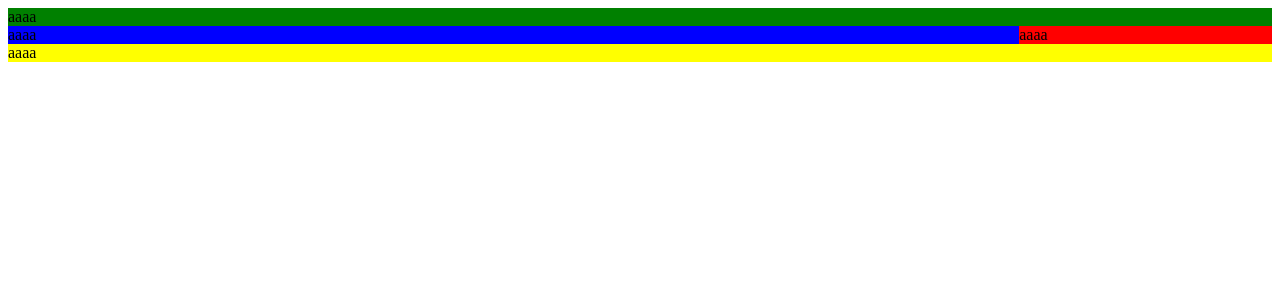
Repository: pleanoma/TooDoo
Page: http://localhost/TooDoo/Home.jsp
These files come from the project's save history. The page is drawn as it stood at one moment and after a run of saves; the edit follows.
The browser window is 1280 px wide. The pictures show the whole page.
The page is served by Tomcat 9. Other server files are loaded and not shown.

Above is the page before, as saved 2013-11-27 07:46:41.

### TooDoo/WebContent/Home.jsp
<%@ page language="java" contentType="text/html; charset=ISO-8859-1"
    pageEncoding="ISO-8859-1"%>
<!DOCTYPE html PUBLIC "-//W3C//DTD HTML 4.01 Transitional//EN" "http://www.w3.org/TR/html4/loose.dtd">
<html>
<head>
<meta http-equiv="Content-Type" content="text/html; charset=ISO-8859-1">
<title>Insert title here</title>
<link rel="stylesheet" href="./css/style.css" type="text/css">
</head>
<body>
	<div id="header">
		aaaa
	</div>
	<div id="content">
		<div class="article">

		aaaa
		</div>
		<div class="sidebar">

		aaaa
		</div>
	</div>
	<div id="footer">

		aaaa
	</div>
</body>
</html>

### TooDoo/WebContent/css/style.css
html, body {
}
#main {
	margin: 0 auto;
	padding: 0;
}
#header {
	width: 100%;
	height: 100%;
	background: green;
}
#content .article {
	float: right;
	width: 20%;
	height: 100%;
	background: red;
}
#content .sidebar {
	float: left;
	width: 80%;
	height: 100%;
	background: blue;
}
#footer {
	width: 100%;
	height: 100%;
	background: yellow;
}

After the next 2 saves:
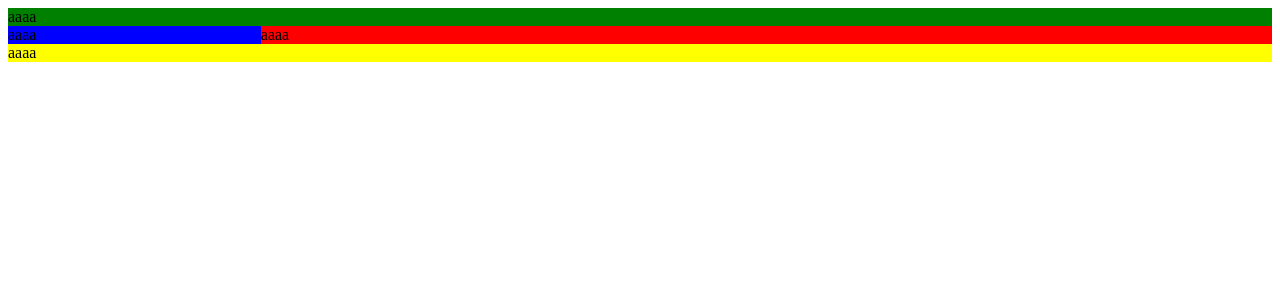
The 2 saves are shown as one change because they came seconds apart.
The last was saved 9 s later.
--- a/TooDoo/WebContent/css/style.css
+++ b/TooDoo/WebContent/css/style.css
@@ -11,13 +11,13 @@ html, body {
 }
 #content .article {
 	float: right;
-	width: 20%;
+	width: 80%;
 	height: 100%;
 	background: red;
 }
 #content .sidebar {
 	float: left;
-	width: 80%;
+	width: 20%;
 	height: 100%;
 	background: blue;
 }
